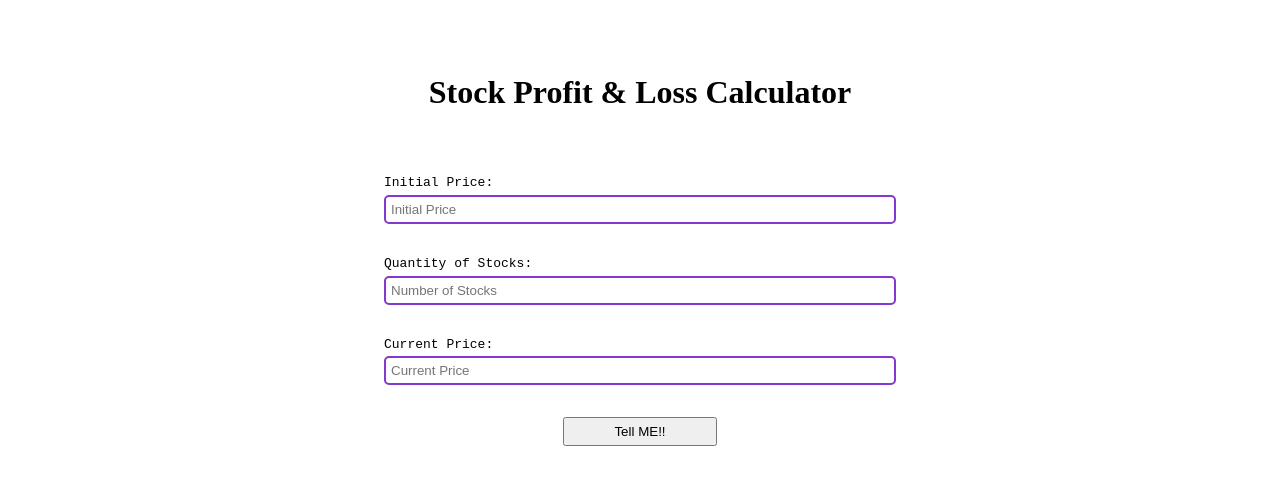
Repository: patelamancode/Stock-P-L-Calculator
Page: index.html
These files come from the project's save history. The page is drawn as it stood at one moment and after the next save; the edit follows.
The browser window is 1280 px wide. The pictures show the whole page.

Above is the page before, as saved 2022-11-23 18:11:52.

After the next save:
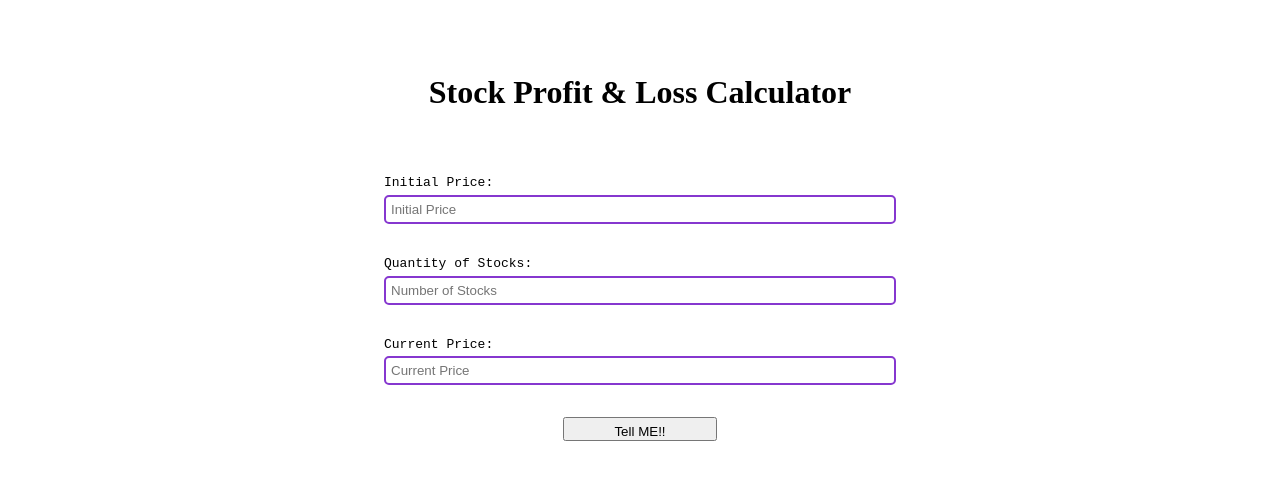
Saved 19 s later.
--- a/index.css
+++ b/index.css
@@ -33,5 +33,5 @@
     text-align: center;
     margin-top: 2rem;
     width: 30%;
-    padding: 5px;
+    padding-top: 5px;
   }

After the save that followed:
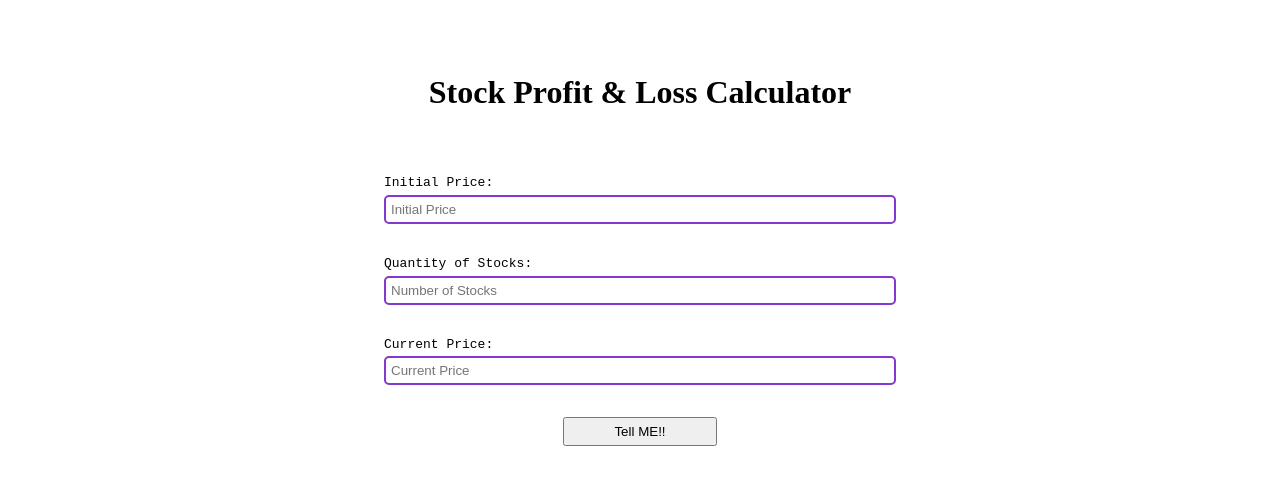
Saved 26 s later.
--- a/index.css
+++ b/index.css
@@ -33,5 +33,5 @@
     text-align: center;
     margin-top: 2rem;
     width: 30%;
-    padding-top: 5px;
+    padding: 5px 0px;
   }
